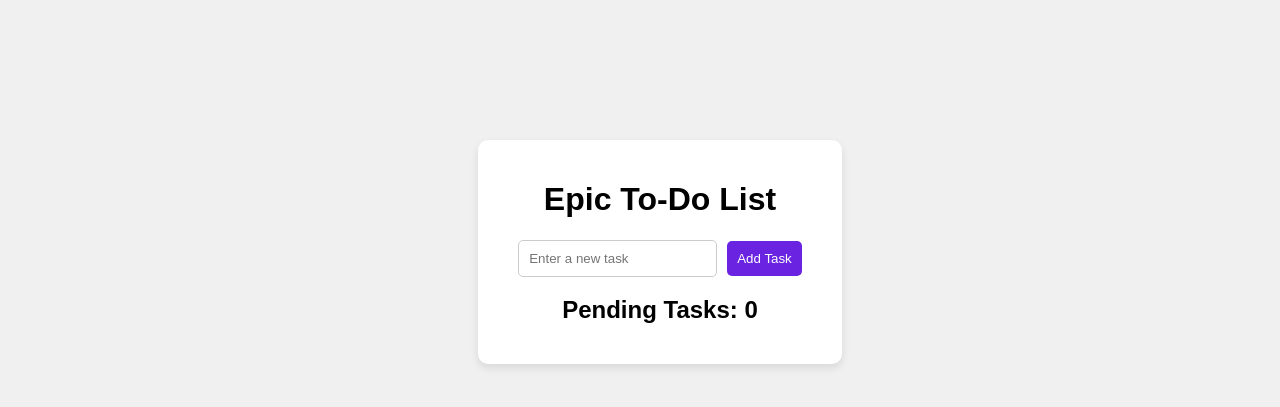
Repository: jgache/COMP-3170-0-Lab4
Page: /
The author's editor kept a copy of each file at every save. The page is drawn from the files as they stood at one save, then again after the next save.
The browser window is 1280 px wide. The pictures show the whole page.
The project was rebuilt for these pictures with package versions that can differ from the ones it lists, and the page was loaded fresh each time. Also part of the build but not shown: vite.config.js, src/components/Task.jsx.

Above is the page before, as saved 2024-10-22 16:03:30.

After the next save:
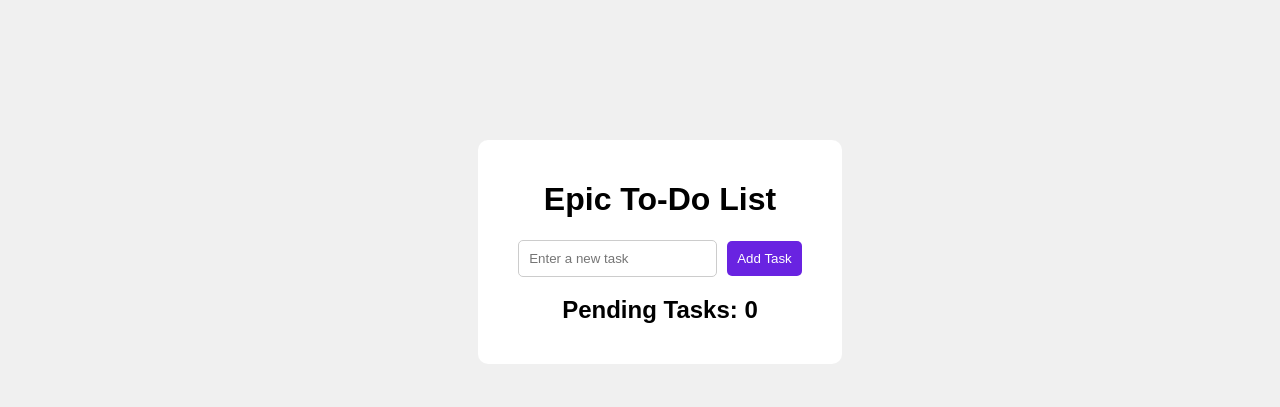
Saved 7 s later.
--- a/src/index.css
+++ b/src/index.css
@@ -16,7 +16,6 @@ body {
     padding: 20px;
     background-color: white;
     border-radius: 10px;
-    box-shadow: 0 4px 8px rgba(0, 0, 0, 0.1);
     max-width: 800px;
     width: 100%;
 }
